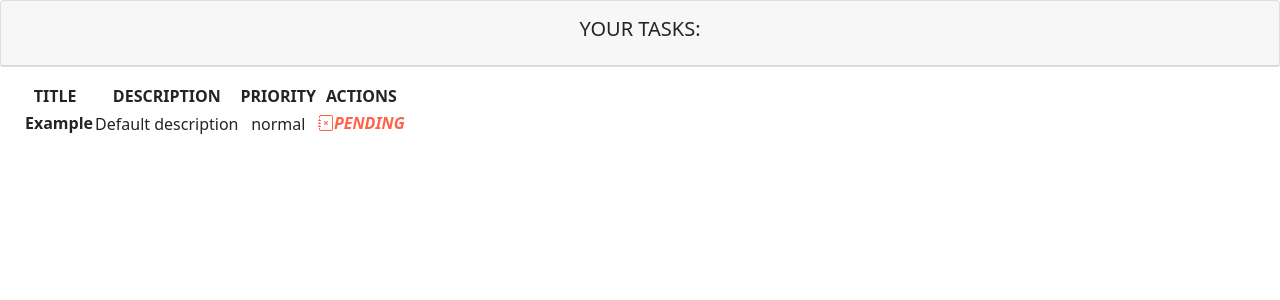
Repository: abgdev1997/proyecto-evo
Page: /
These files come from the project's save history. The page is drawn as it stood at one moment and after the next save; the edit follows.
The browser window is 1280 px wide. The pictures show the whole page.
The project was rebuilt for these pictures with package versions that can differ from the ones it lists, and the page was loaded fresh each time. Also part of the build but not shown: src/index.css.

Above is the page before, as saved 2022-01-27 10:56:49.

### src/index.js
import React from 'react';
import ReactDOM from 'react-dom';
import 'bootstrap/dist/css/bootstrap.css';
import 'bootstrap-icons/font/bootstrap-icons.css';
import './index.css';
import App from './App';

ReactDOM.render(
  <React.StrictMode>
    <App />
  </React.StrictMode>,
  document.getElementById('root')
);

### src/App.js
import './App.css';
import TaskList from './components/container/task_list';

function App() {
  return (
    <div className="App">
        {/* Componente de listado de tareas */}
        <TaskList></TaskList>
    </div>
  );
}

export default App;

### src/components/container/task_list.jsx
import React, {useState, useEffect} from 'react';
import {Task} from '../../models/levels.class'
import { LEVELS } from '../../models/levels.enum';
import TaskComponent from '../pure/task_component'

const TaskList = () => {

    const defaultTask = new Task('Example', 'Default description', false, LEVELS.NORMAL);

    //Estados del componente
    const [tasks, setTasks] = useState([defaultTask]);
    const [loading, setLoading] = useState(true);

    //Control de ciclo de vida del componente
    useEffect(() => {
        console.log('Task State has been modified');
        setLoading(false);
        return () => {
            console.log('TaskList component is going to unmount');
        };
    }, [tasks]);

    const changeCompleted = (id) => {
        {/*TODO: Cambiar estado de una tarea'*/}
    }

    return (
        <div>
            {/* Dividimos el contenedor en 12 columnas */}
            <div className='col-12'>
                {/* Usamos la class card */}
                <div className='card'>
                    {/* CARD HEADER (TITLE) */}
                    {/* card-header es la cabecera de la carta, p-3 es padding 3 */}
                    <div className='card-header p-3 '>
                        <h5>
                            YOUR TASKS:
                        </h5>
                    </div>
                </div>
                {/* CARD BODY (CONTENT) */}
                <div className='card-body' data-mdb-perfect-scrollbar='true' style={ {position: 'relative', height:'400px'} }>
                    <table>
                        <thead>
                            <tr>
                                <th scope='col'>TITLE</th>
                                <th scope='col'>DESCRIPTION</th>
                                <th scope='col'>PRIORITY</th>
                                <th scope='col'>ACTIONS</th>
                            </tr>
                        </thead>
                        <tbody>
                            {/* TODO: Aplicar un For/Map para renderizar una lista */}
                            <TaskComponent task={defaultTask}></TaskComponent>
                        </tbody>
                    </table>
                </div>
            </div>
        </div>
    );
};


export default TaskList;

### src/models/levels.class.js
import { LEVELS } from "./levels.enum";

export class Task {
    name = 'o';
    description = '';
    completed = false;
    level = LEVELS.NORMAL;

    constructor(name, description, completed, level){
        this.name = name;
        this.description = description;
        this.completed = completed;
        this.level = level;
    }
}

### src/models/levels.enum.js
export const LEVELS = {
    NORMAL: 'normal',
    URGENT: 'urgent',
    BLOCKING:'blocking',
}

### src/components/pure/task_component.jsx
import React, {useEffect} from 'react';
import PropTypes from 'prop-types';
import { Task } from '../../models/levels.class';


const TaskComponent = ({task}) => {

    useEffect(() => {
        console.log('Created task')
        return () => {
            console.log(`Task: ${task.name} is going to unmount...`)
        };
    }, [task]);

    return (

        <tr className='fw-normal'>
            <th>
                {/* ms-2 Margin 2 */}
                <span className='ms-2'>{task.name}</span>
            </th>
            <td>
                {/* align-middle alinea al centro */}
                <span className='align-middle'>{task.description}</span>
            </td>
            <td>
                {/* TODO: Sustituir por un badge */}
                <span className='align-middle'>{task.level}</span>
            </td>
            <td>
                {/* <span className='align-middle'>{task.completed ? 'COMPLETED' : 'PENDING'}</span> */}
                { task.completed ?
                    (<i className='bi bi-journal-check' style={{color: 'green', fontWeight:'bold'}}>COMPLETED</i>)
                    : (<i className='bi bi-journal-x' style={{color: 'tomato', fontWeight:'bold'}}>PENDING</i>)
                }
            </td>
        </tr>

        // <div>
        //     <h2>
        //         Name: {task.name}
        //     </h2>
        //     <h3>
        //         Description: {task.description}
        //     </h3>
        //     <h4>
        //         Level: {task.level}
        //     </h4>
        //     <h5>
        //         This task is: {task.completed ? 'COMPLETED' : 'PENDING'}
        //     </h5>
        // </div>
    );
};


TaskComponent.propTypes = {
    task: PropTypes.instanceOf(Task)
};


export default TaskComponent;

Loaded but not shown: public/index.html (common file); src/App.css (common file)

After the next save:
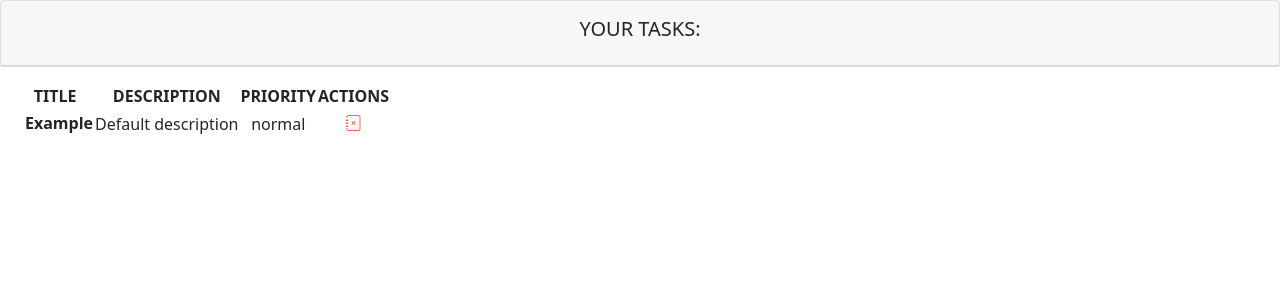
Saved 6 min 31 s later.
--- a/src/components/pure/task_component.jsx
+++ b/src/components/pure/task_component.jsx
@@ -30,8 +30,8 @@ const TaskComponent = ({task}) => {
             <td>
                 {/* <span className='align-middle'>{task.completed ? 'COMPLETED' : 'PENDING'}</span> */}
                 { task.completed ?
-                    (<i className='bi bi-journal-check' style={{color: 'green', fontWeight:'bold'}}>COMPLETED</i>)
-                    : (<i className='bi bi-journal-x' style={{color: 'tomato', fontWeight:'bold'}}>PENDING</i>)
+                    (<i className='bi bi-journal-check' style={{color: 'green', fontWeight:'bold'}}></i>)
+                    : (<i className='bi bi-journal-x' style={{color: 'tomato', fontWeight:'bold'}}></i>)
                 }
             </td>
         </tr>
